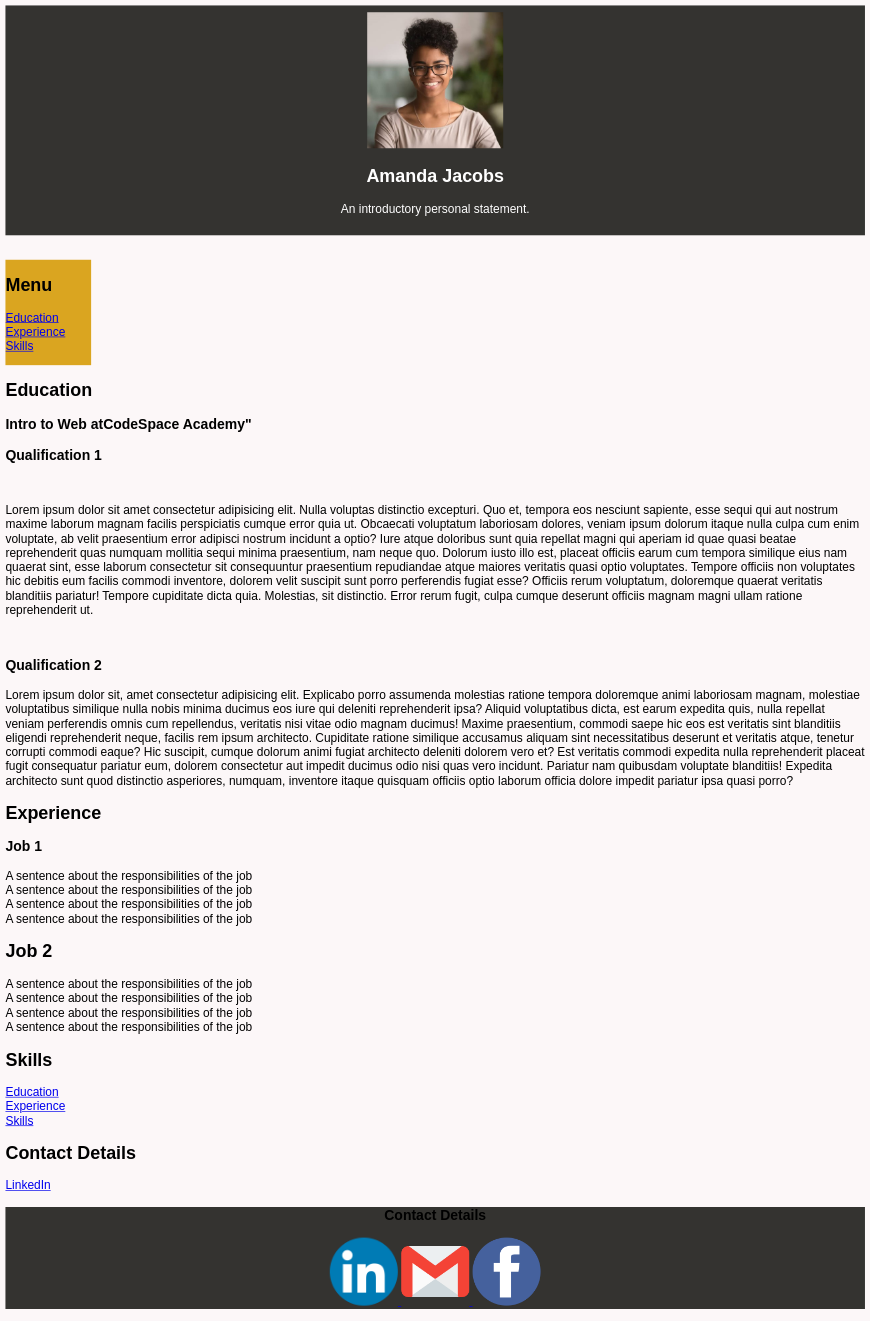
Repository: LeonardMhere/Resume-3
Page: resume `3/index.html
These files come from the project's save history. The page is drawn as it stood at one moment and after the next save; the edit follows.
The browser window is 1280 px wide. The pictures show the whole page, at 68% of full size.

Above is the page before, as saved 2023-03-23 10:01:46.

### resume `3/index.html
<!DOCTYPE html>
<html lang="en">
    <meta charset="UTF-8">
    <meta http-equiv="X-UA-Compatible" content="IE=edge">
    <meta name="viewport" content="width=device-width, initial-scale=1.0">
    <link rel="stylesheet" href="css/stylesheet.css">

<head>
    <title>Amanda Jacobs</title>
</head>

<body>


  <header id="heading">
 <aside>
   <img id="profilePhoto" src="./images/profilePhoto.jpeg" width="200px"
   alt="Error Thumbnail">

  <h1>Amanda Jacobs</h1>
  <p>An introductory personal statement.</p>

    </header>

    <br/>
<main>
  <section>
   <article>
     <div class="nav-menu">
      <nav>
        <h2>Menu</h2>

  <ul>
      <li><a href="education">Education</a></li>
      <li><a href="experience">Experience</a></li>
      <li><a href="skills">Skills</a></li>
      </div>
  </ul>
</nav>
</aside>



<div class="box-1">
  <h2 id="education">Education</h2>
  <h3>Intro to Web at<a href="http://codespace.co.za/"></a>CodeSpace Academy"</a></h3>



  <h3>Qualification 1</h3>
  <br/>
     <p>Lorem ipsum dolor sit amet consectetur adipisicing elit. Nulla voluptas distinctio excepturi.
       Quo et, tempora eos nesciunt sapiente, esse sequi qui aut nostrum maxime laborum magnam facilis perspiciatis cumque error quia ut. Obcaecati voluptatum laboriosam dolores, veniam ipsum dolorum itaque nulla culpa cum enim voluptate,
       ab velit praesentium error adipisci nostrum incidunt a optio? Iure atque doloribus sunt quia repellat magni qui aperiam id quae quasi beatae reprehenderit quas numquam mollitia sequi minima praesentium, nam neque quo. Dolorum iusto illo est, placeat officiis earum cum tempora similique eius nam quaerat sint, esse laborum consectetur sit consequuntur praesentium repudiandae atque maiores veritatis quasi optio voluptates. Tempore officiis non voluptates hic debitis eum facilis commodi inventore, dolorem velit suscipit sunt porro perferendis fugiat esse? Officiis rerum voluptatum, doloremque quaerat veritatis blanditiis pariatur! Tempore cupiditate dicta quia. Molestias, sit distinctio. Error rerum fugit, culpa cumque deserunt officiis magnam magni ullam ratione reprehenderit ut.
      </p>
    </div>
      <br/>

  <div class="box-2">
   <h3>Qualification 2</h3>

      <p>
        Lorem ipsum dolor sit, amet consectetur adipisicing elit. Explicabo porro assumenda molestias ratione tempora doloremque animi laboriosam magnam, molestiae voluptatibus similique nulla nobis minima ducimus eos iure qui deleniti reprehenderit ipsa? Aliquid voluptatibus dicta, est earum expedita quis, nulla repellat veniam perferendis omnis cum repellendus, veritatis nisi vitae odio magnam ducimus! Maxime praesentium, commodi saepe hic eos est veritatis sint blanditiis eligendi reprehenderit neque, facilis rem ipsum architecto. Cupiditate ratione similique accusamus aliquam sint necessitatibus deserunt et veritatis atque, tenetur corrupti commodi eaque? Hic suscipit, cumque dolorum animi fugiat architecto deleniti dolorem vero et? Est veritatis commodi expedita nulla reprehenderit placeat fugit consequatur pariatur eum, dolorem consectetur aut impedit ducimus odio nisi quas vero incidunt. Pariatur nam quibusdam voluptate blanditiis! Expedita architecto sunt quod distinctio asperiores, numquam, inventore itaque quisquam officiis optio laborum officia dolore impedit pariatur ipsa quasi porro?
      </p>
    </div>


    <h2 id="experience">Experience</h2>

    <h3>Job 1</h3>
    <p>
        <ul>
            <li>A sentence about the responsibilities of the job</li>
            <li>A sentence about the responsibilities of the job</li>
            <li>A sentence about the responsibilities of the job</li>
            <li>A sentence about the responsibilities of the job</li>
        </ul>
    </p>



    <h2>Job 2</h2>

     <p>
        <ul>
            <li>A sentence about the responsibilities of the job</li>
            <li>A sentence about the responsibilities of the job</li>
            <li>A sentence about the responsibilities of the job</li>
            <li>A sentence about the responsibilities of the job</li>
        </ul>
     </p>



      <h2 id="skills">Skills</h2>

<ul>
  <li><a href="#education">Education</a></li>
  <li><a href="#experience">Experience</a></li>
  <li><a href="#Skills">Skills</a></li>
</ul>
</p>

<h2>Contact Details</h2>
<p><a href="http://linkedin.com">LinkedIn</a>

    </section>
  </article>
</main>








<footer>
    <h3>Contact Details</h3>
    <ul>
       <a href="http://linkedin.com" target="_blank">
           <img class="icons" src="images/linkedinIcon.png"
           alt="Amanda Jacobs Linkedin"
           width="100px">

       </a>

       <a href="//http://gmail.com" target="_blank">
        <img class="icons" src="images/gmailIcon.png"
        alt="Amanda Jacobs Gmail"
        width="100px">
       </a>

       <a href="//http://facebook.com" target="_blank">
        <img class="icons" src="images/facebookIcon.png"
        alt="Amanda Jacobs facebook Account"
        width="100px">
       </a>
</ul>
</footer>











</body>
</html>

### resume `3/css/stylesheet.css
*{
  box-sizing: border-box;
  padding: 0;

}

body{
  font-family: sans-serif;
  font-size:110%;
  background-color: #FCF7F8;
}

header {
  text-align: center;
  background-color: #343330;
  color: white;
  padding: 10px 0 10px ;
}



.nav-menu{
    background-color:goldenrod;
    margin-top: 15px;
    width: 10%;
    overflow: auto;
    background-color:
}

ul {
  list-style: none;
  margin-left: 0%;
}





footer {
  background-color: #343330;
  text-align: center;
}

After the next save:
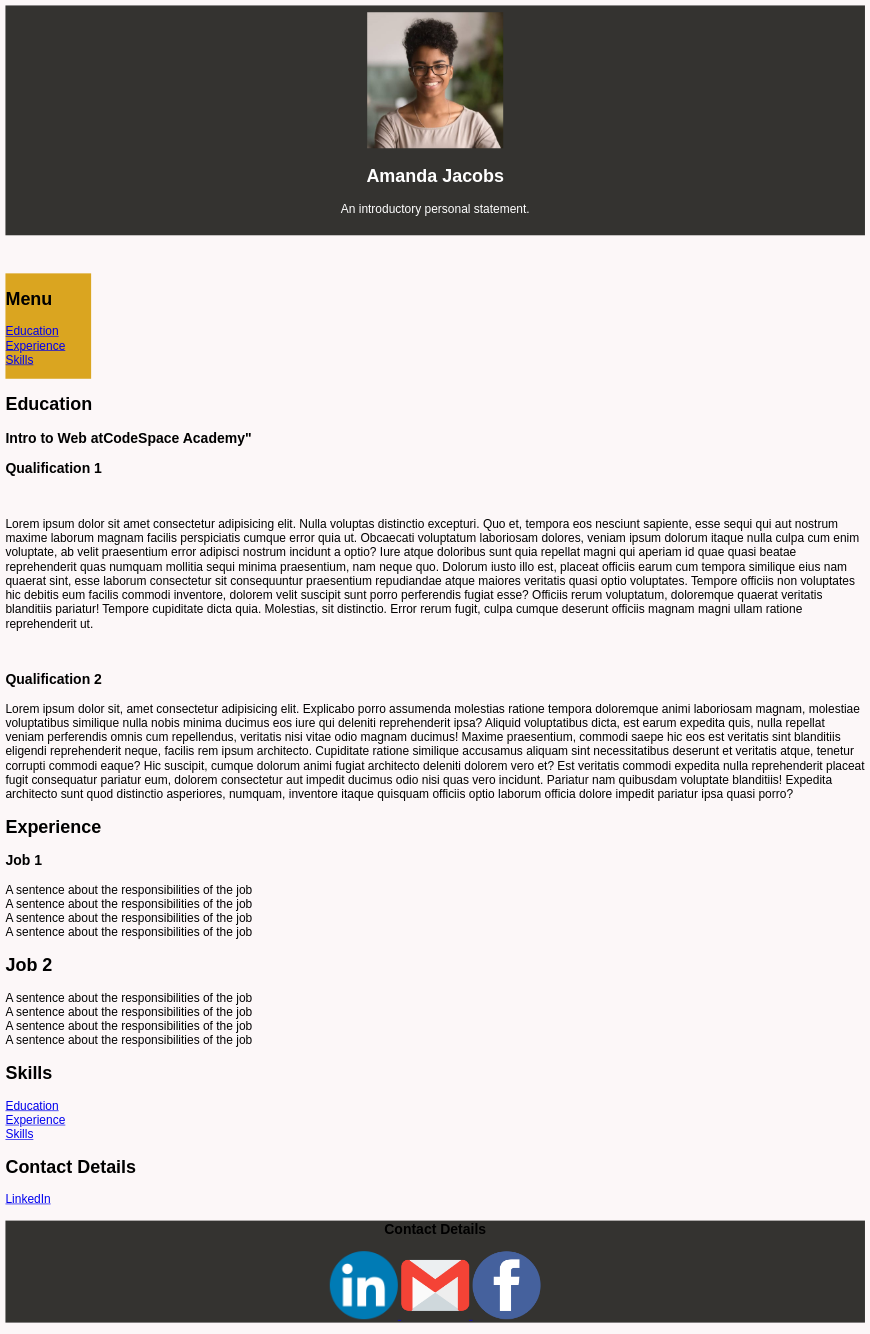
Saved 8 s later.
--- a/resume `3/css/stylesheet.css
+++ b/resume `3/css/stylesheet.css
@@ -21,7 +21,7 @@ header {
 
 .nav-menu{
     background-color:goldenrod;
-    margin-top: 15px;
+    margin-top: 35px;
     width: 10%;
     overflow: auto;
     background-color:
